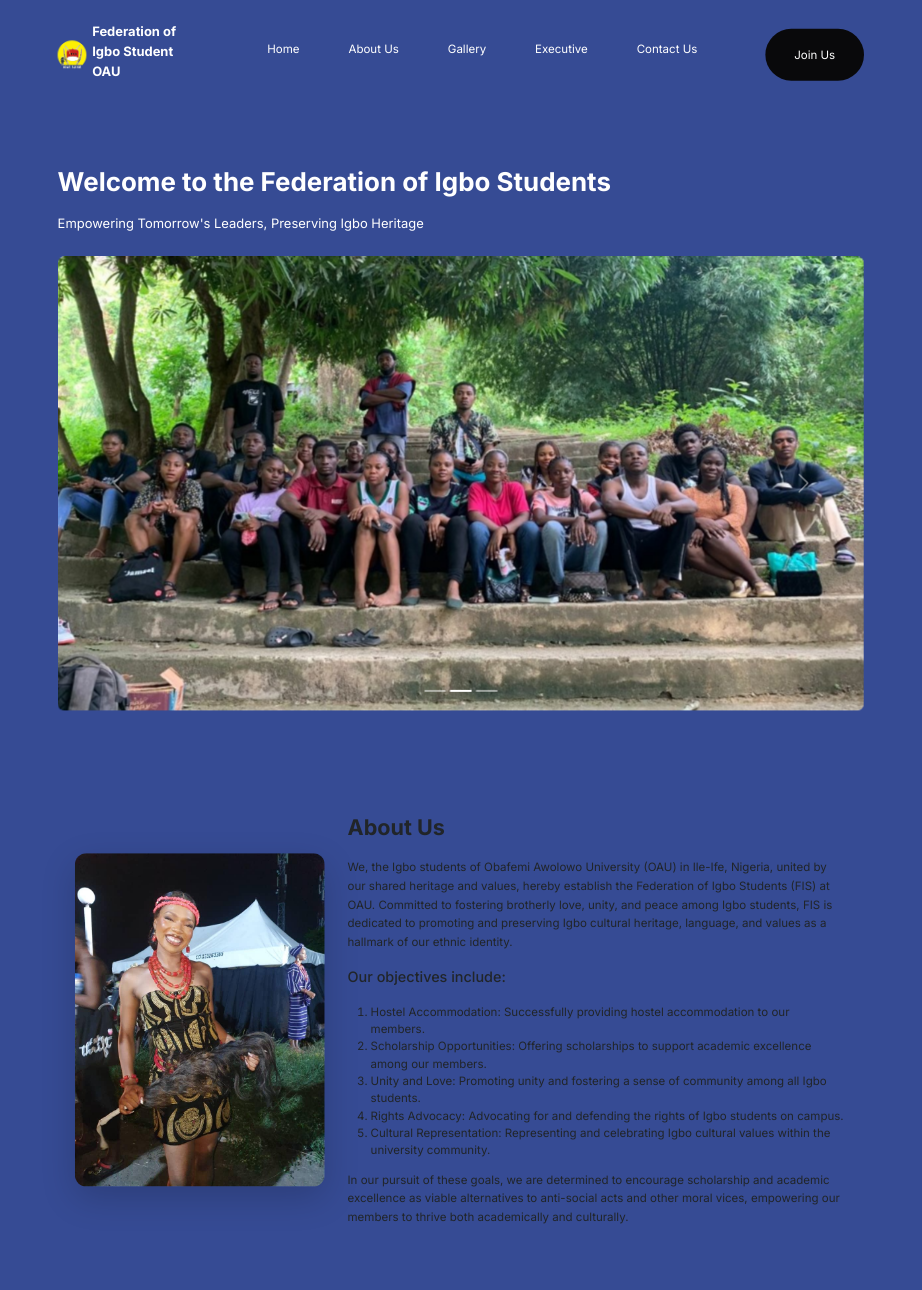
Repository: akinolapo/fis
Page: /about
These files come from the project's save history. The page is drawn as it stood at one moment and after a run of saves; the edit follows.
The browser window is 1280 px wide. The pictures show the whole page, at 72% of full size.
The project was rebuilt for these pictures with package versions that can differ from the ones it lists, and the page was loaded fresh each time. The framework's server and built-in components were replaced by stand-ins that run in the browser. Also part of the build but not shown: next.config.mjs.

Above is the page before, as saved 2024-05-05 15:22:44.

After the next 5 saves:
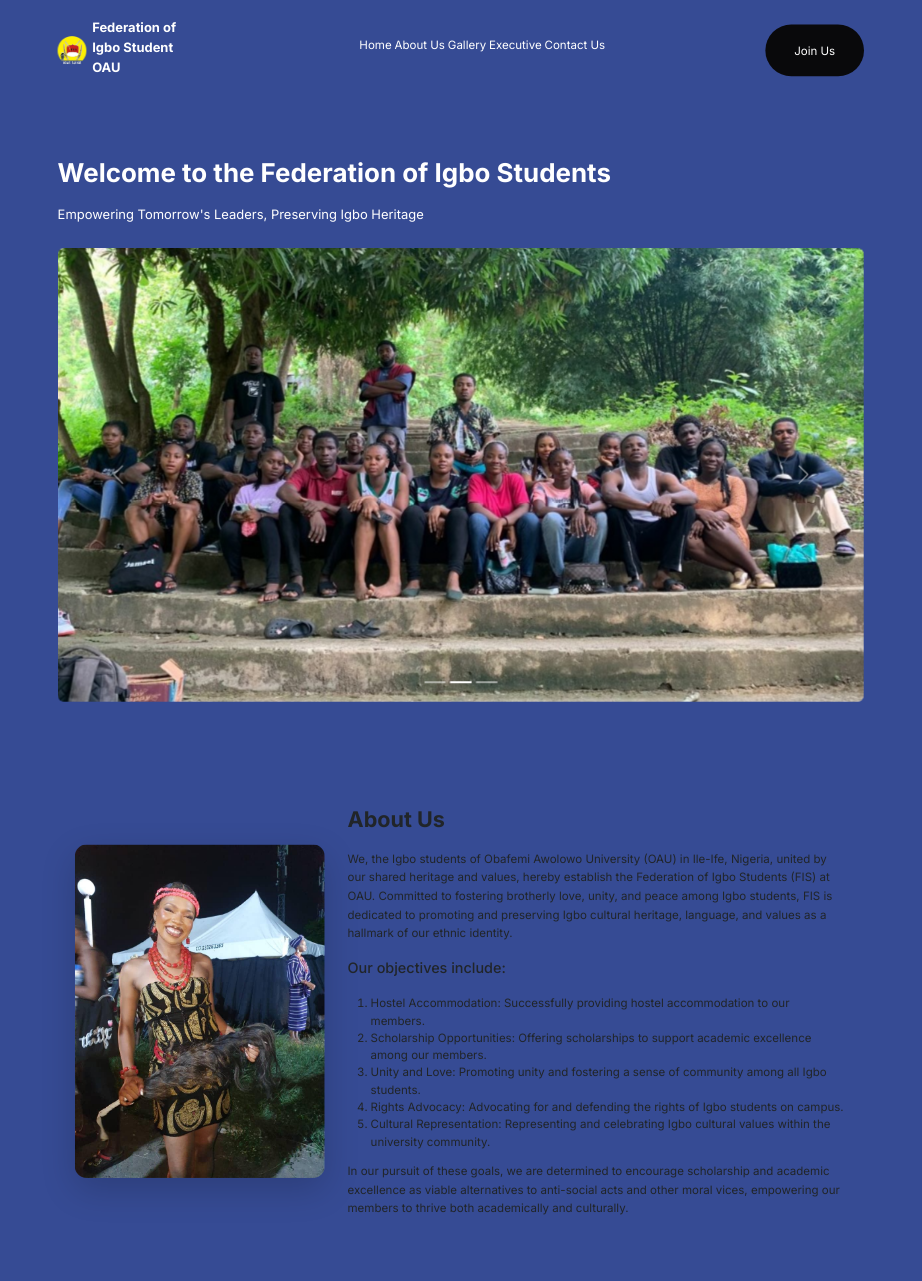
The 5 saves are shown as one change because they came seconds apart.
The last was saved 83 s later.
--- a/app/components/Header/Header.tsx
+++ b/app/components/Header/Header.tsx
@@ -11,11 +11,11 @@ const Header = () => {
       {/* Menu */}
       <nav className="flex justify-center flex-grow">
         <ul className="flex gap-1">
-          <li className="cursor-pointer hover:text-gray-400 p-8">Home</li>
-          <li className="cursor-pointer hover:text-gray-400 p-8">About Us</li>
-          <li className="cursor-pointer hover:text-gray-400 p-8">Gallery</li>
-          <li className="cursor-pointer hover:text-gray-400 p-8">Executive</li>
-          <li className="cursor-pointer hover:text-gray-400 p-8">Contact Us</li>
+          <li className="cursor-pointer hover:text-gray-400">Home</li>
+          <li className="cursor-pointer hover:text-gray-400">About Us</li>
+          <li className="cursor-pointer hover:text-gray-400">Gallery</li>
+          <li className="cursor-pointer hover:text-gray-400">Executive</li>
+          <li className="cursor-pointer hover:text-gray-400">Contact Us</li>
         </ul>
       </nav>
 
